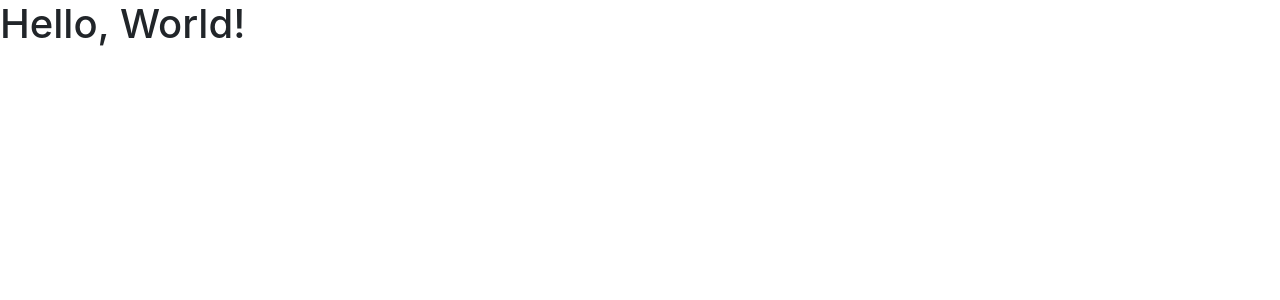
Repository: YiuWingLau/WEBD6201-W2021-Week1c
Page: index.html
These files come from the project's save history. The page is drawn as it stood at one moment and after the next save; the edit follows.
The browser window is 1280 px wide. The pictures show the whole page.

Above is the page before, as saved 2021-01-19 00:02:10.

After the next save:
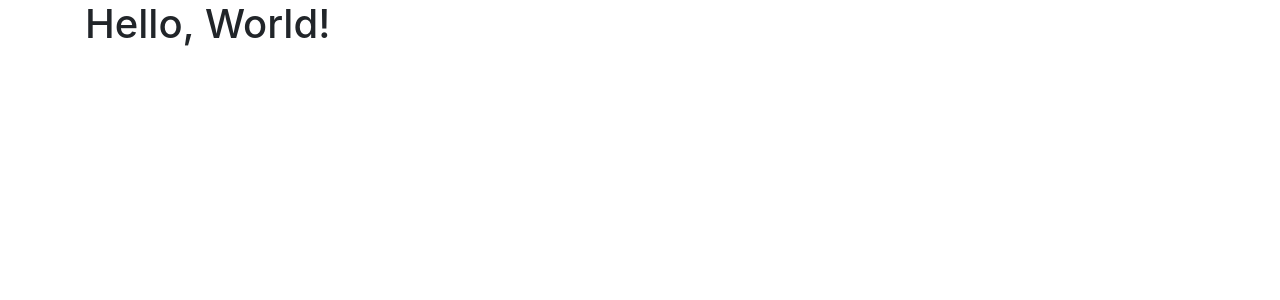
Console error (its wording comes from the project's code and is left out).
Saved 5 min 28 s later.
--- a/index.html
+++ b/index.html
@@ -10,11 +10,13 @@
     <link rel="stylesheet" href="./Content/app.css">
 </head>
 <body>
-    <div>
+    <div class="container">
         <h1>Hello, World!</h1>
     </div>
 
     <!-- JavaScript Section -->
+    <!--script src="./node_modules/jquery/dist/jquery.min.js"></script-->
+    <script src="./node_modules/bootstrap/dist/js/bootstrap.bundle.min.js"></script>
     <script src="./Scripts/app.js"></script>
 </body>
 </html>
